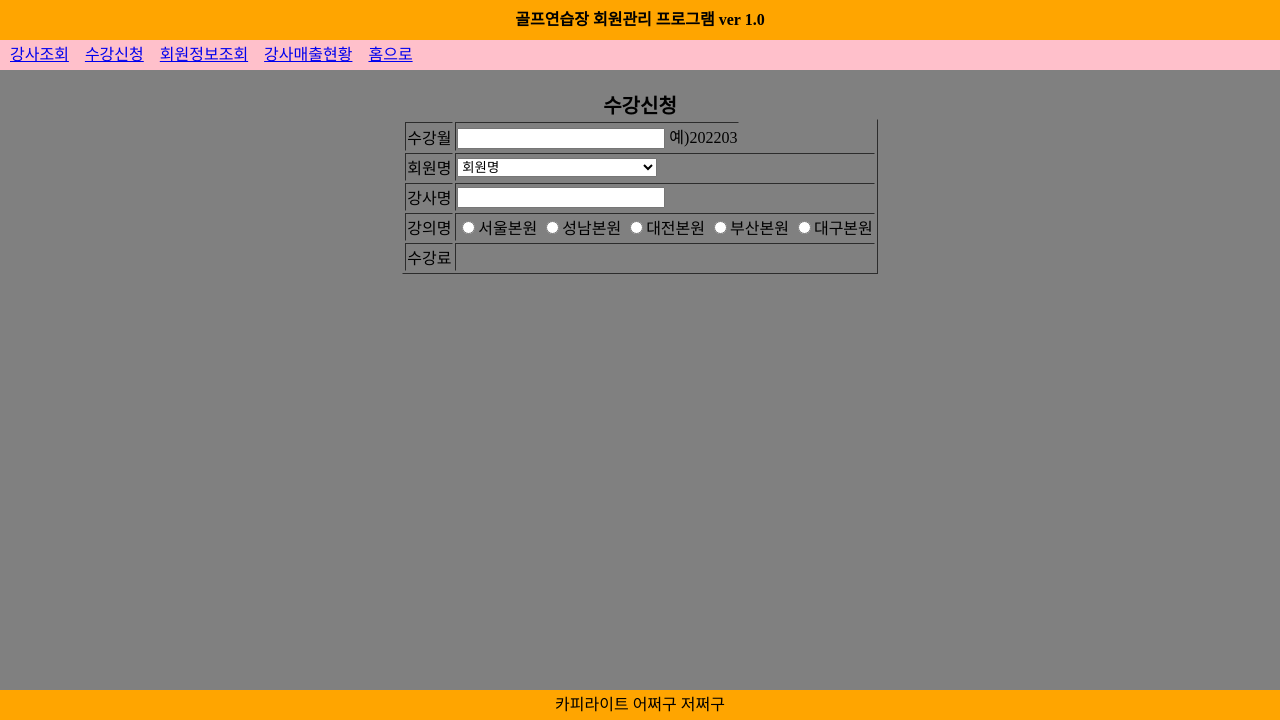
Repository: wjdwlgns1101/school_hrd
Page: http://localhost/hrd_30111_1_/insert.jsp
The author's editor kept a copy of each file at every save. The page is drawn from the files as they stood at one save, then again after the next save.
The browser window is 1280 px wide. The pictures show the whole page.
The page is served by Tomcat 9. The database holds what the project's SQL file puts in it.

Above is the page before, as saved 2024-05-12 09:01:33.

After the next save:
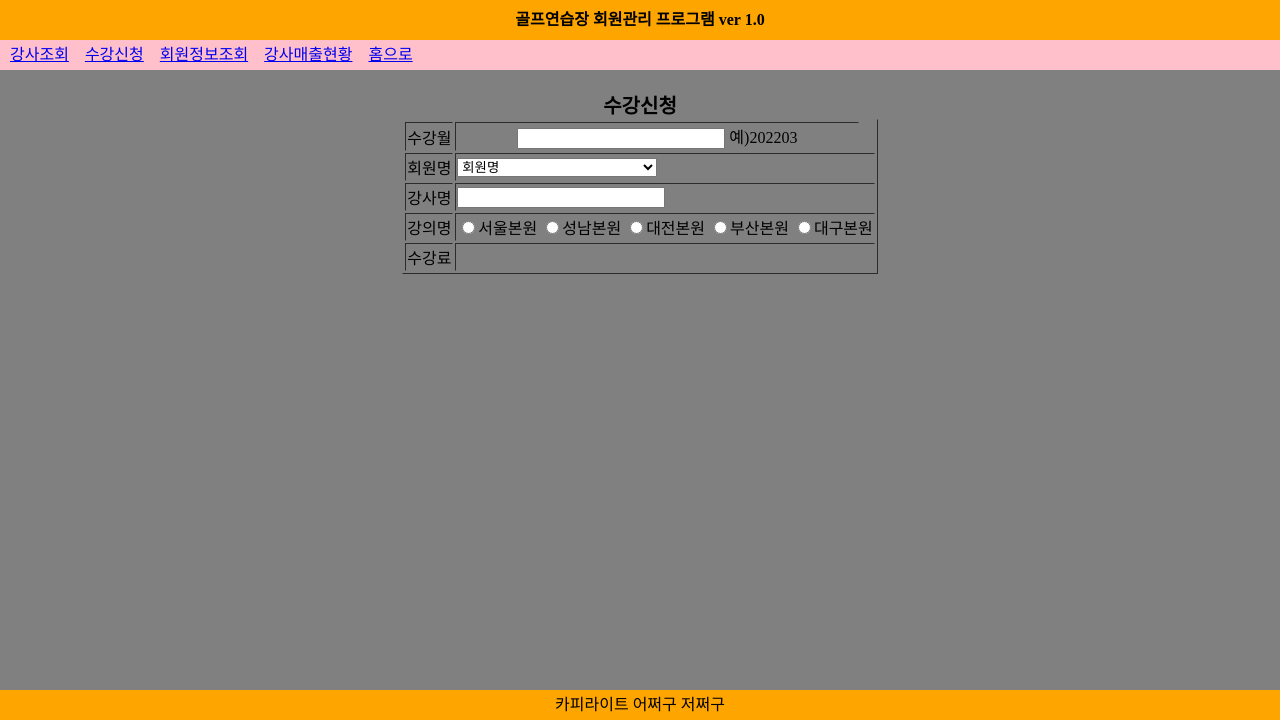
Saved 29 s later.
--- a/hrd_30111_(1)/hrd_30111(1)/src/main/webapp/insert.jsp
+++ b/hrd_30111_(1)/hrd_30111(1)/src/main/webapp/insert.jsp
@@ -16,7 +16,7 @@
 <table border="1"  >
 <tr>
 	<td style="text-align: center;"> 수강월 </td>
-	<td style="float: left; "> <input type="text" name="resist_month" style="width: 200px; "> 예)202203  </td>
+	<td style="float: left; width: 400px; "> <input type="text" name="resist_month" style="width: 200px; "> 예)202203  </td>
 </tr>
 <tr>
 	<td style="text-align: center; "> 회원명 </td>

After the save that followed:
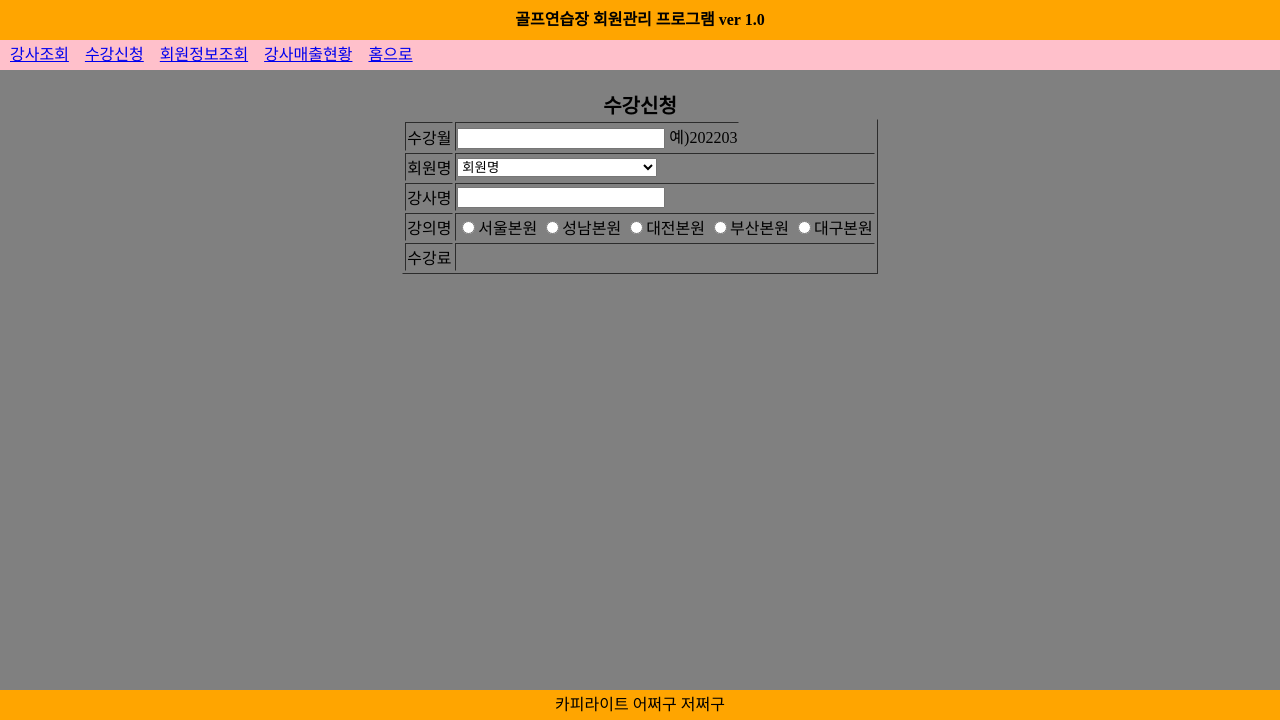
Saved 7 s later.
--- a/hrd_30111_(1)/hrd_30111(1)/src/main/webapp/insert.jsp
+++ b/hrd_30111_(1)/hrd_30111(1)/src/main/webapp/insert.jsp
@@ -16,7 +16,7 @@
 <table border="1"  >
 <tr>
 	<td style="text-align: center;"> 수강월 </td>
-	<td style="float: left; width: 400px; "> <input type="text" name="resist_month" style="width: 200px; "> 예)202203  </td>
+	<td style="float: left; "> <input type="text" name="resist_month" style="width: 200px; "> 예)202203  </td>
 </tr>
 <tr>
 	<td style="text-align: center; "> 회원명 </td>
